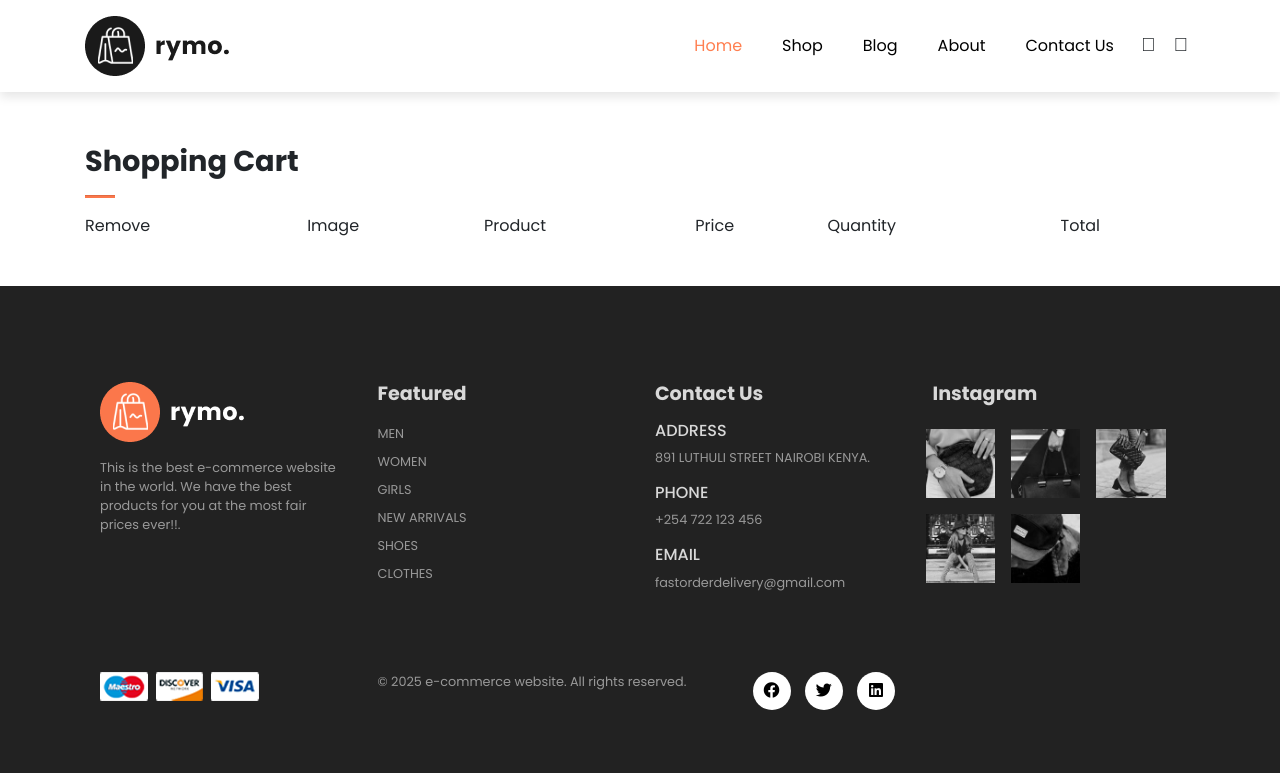
Repository: peter417waweru/e-commerce-UI
Page: cart.html
These files come from the project's save history. The page is drawn as it stood at one moment and after the next save; the edit follows.
The browser window is 1280 px wide. The pictures show the whole page.
Some web libraries are served in a nearby version.

Above is the page before, as saved 2025-02-09 08:33:01.
Console error: TypeError: Cannot set properties of undefined (setting 'onclick')

After the next save:
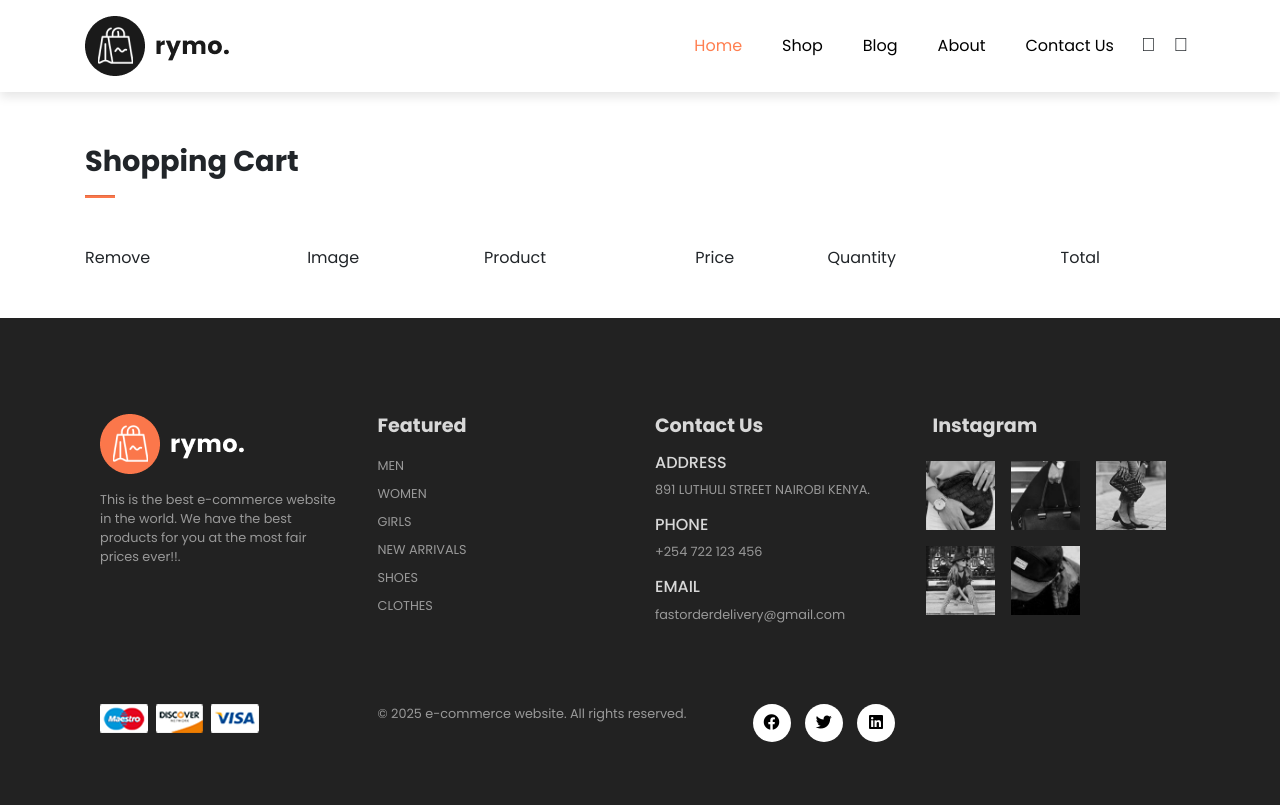
Saved 26 s later.
--- a/cart.html
+++ b/cart.html
@@ -59,7 +59,7 @@
             <hr>
         </section>
 
-        <section id="cart-container" class="container">
+        <section id="cart-container" class="container my-5">
             <table class="w-100">
                 <thead>
                     <tr>
